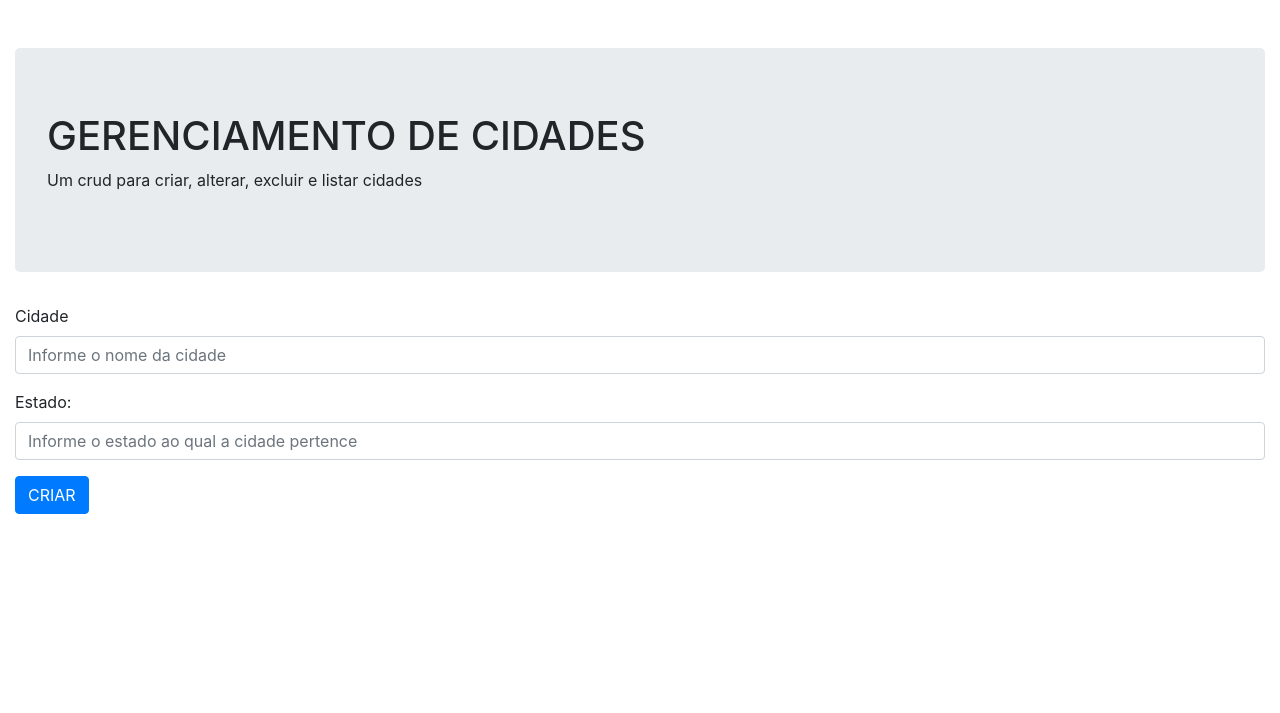
Repository: RodrigoLuisRibeiro/crud-cidades
Page: crud-cidades/src/main/resources/static/crud.html
The author's editor kept a copy of each file at every save. The page is drawn from the files as they stood at one save, then again after the next save.
The browser window is 1280 px wide. The pictures show the whole page.

Above is the page before, as saved 2021-11-08 15:27:21.

After the next save:
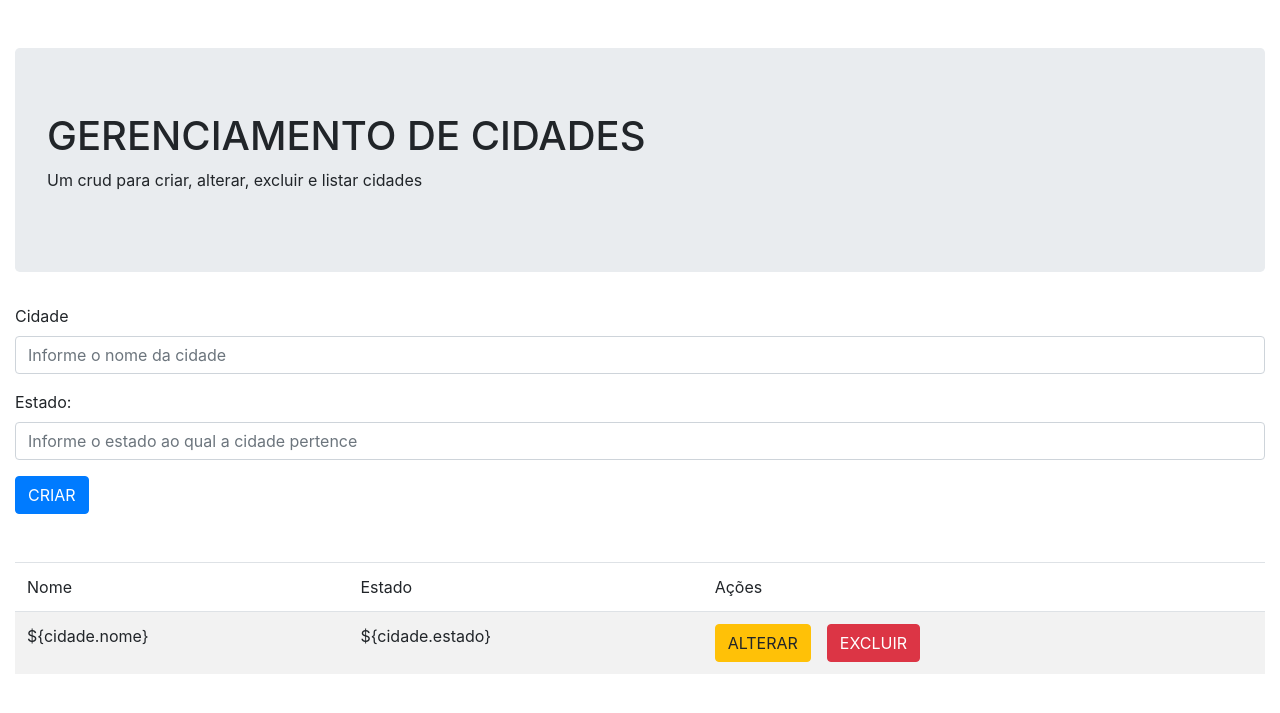
Saved 2 min 4 s later.
--- a/crud-cidades/src/main/resources/static/crud.html
+++ b/crud-cidades/src/main/resources/static/crud.html
@@ -26,6 +26,30 @@
 			</div>
 			<button type="submit" class="btn btn-primary">CRIAR</button>
 		</form>
+		<table class="table table-striped table-hover mt-5">
+			<thead class="thead-dark">
+
+				<tr>
+					<td>Nome</td>
+					<td>Estado</td>
+					<td>Ações</td>
+				</tr>
+			</thead>
+			<tbody>
+				</#list listaCidades as cidade>
+				<tr>
+					<td>${cidade.nome}</td>
+					<td>${cidade.estado}</td>
+					<td>
+						<div class="d-flex d-justify-content-center">
+							<a href="" class="btn btn-warning mr-3">ALTERAR</a>
+							<a href="" class="btn btn-danger mr-3">EXCLUIR</a>
+						</div>
+					</td>
+				</tr>
+				</#list>
+			</tbody>
+		</table>
 	</div>
 </body>
 
